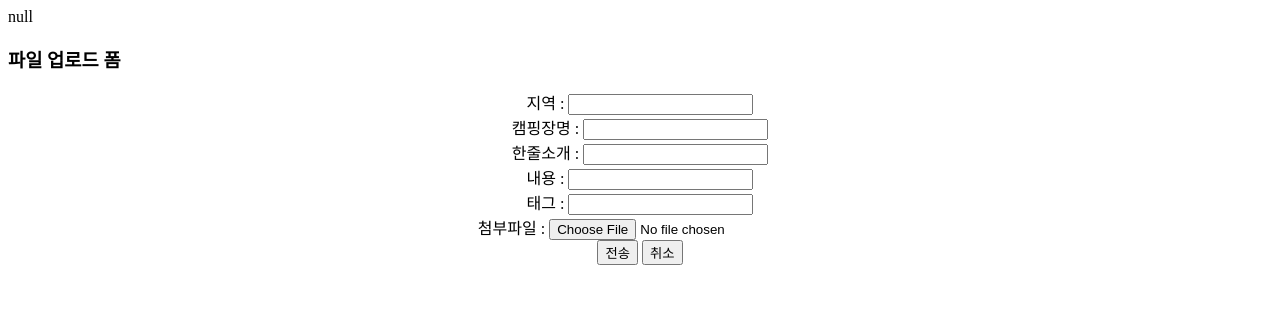
Repository: Lee-MinJa/JAVA_CAMP
Page: http://localhost/demo/PrBoard/PrBoardList.jsp
The author's editor kept a copy of each file at every save. The page is drawn from the files as they stood at one save, then again after the next save.
The browser window is 1280 px wide. The pictures show the whole page.
The page is served by Tomcat 9. The template is opened directly, without the code that normally fills it, so the values that code supplies are empty.

Above is the page before, as saved 2022-03-21 03:56:58.

After the next save:
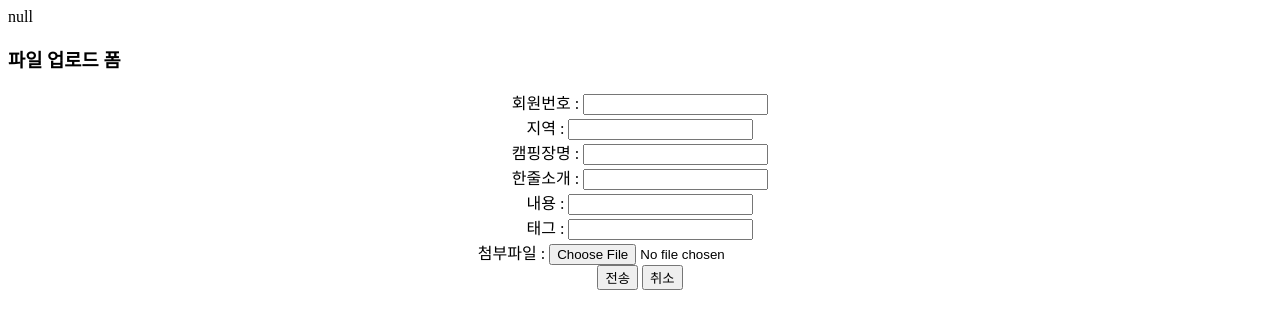
Saved 3 min 25 s later.
--- a/demo/src/main/webapp/PrBoard/PrBoardList.jsp
+++ b/demo/src/main/webapp/PrBoard/PrBoardList.jsp
@@ -25,6 +25,7 @@
         <!--
             파일 업로드는 input type="file"로 지정한다.
          -->
+        회원번호 : <input type="text" name="MEM_NUM" /><br/>
         지역 : <input type="text" name="PROMO_REGION" /><br/>
         캠핑장명 : <input type="text" name="PROMO_CAMPSITE" /><br/>
         한줄소개 : <input type="text" name="PROMO_MAIN_CONTENT" /><br/>
